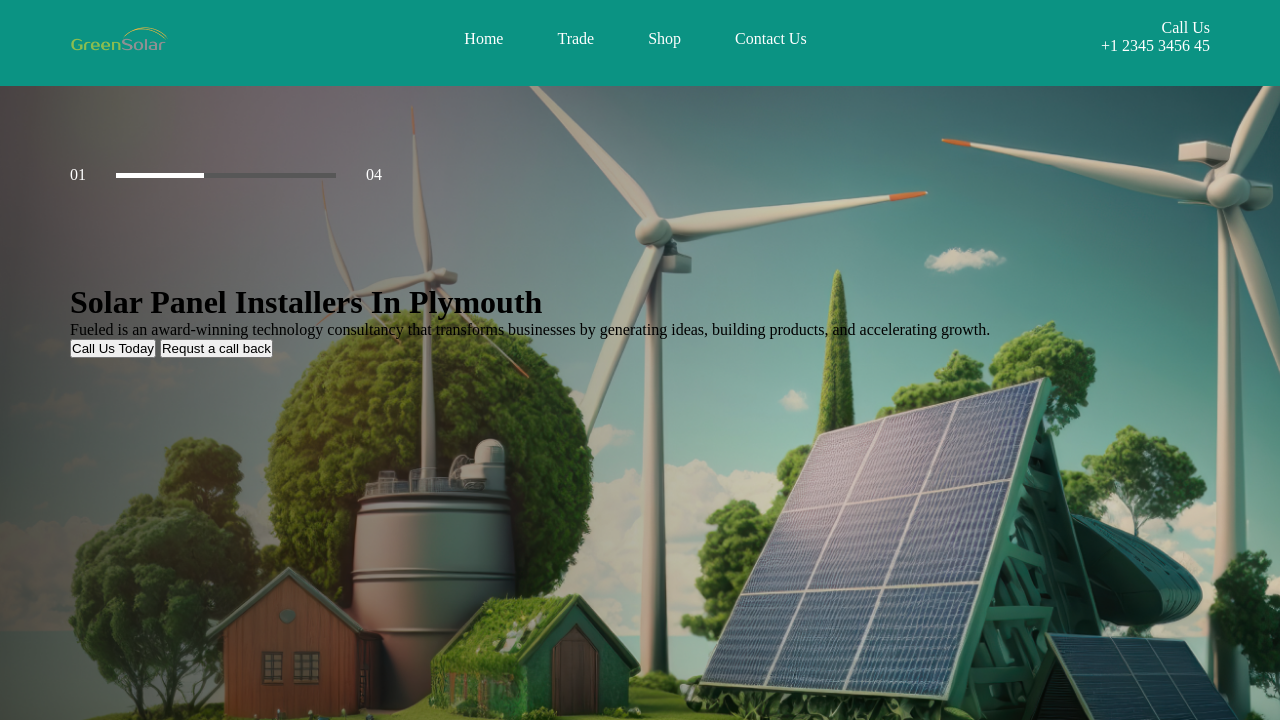
Repository: zeinawady/Solar-Company-Template
Page: index.html
The author's editor kept a copy of each file at every save. The page is drawn from the files as they stood at one save, then again after a run of saves.
The browser window is 1280 px wide. The pictures show the whole page.

Above is the page before, as saved 2024-09-17 17:11:06.

After the next 2 saves:
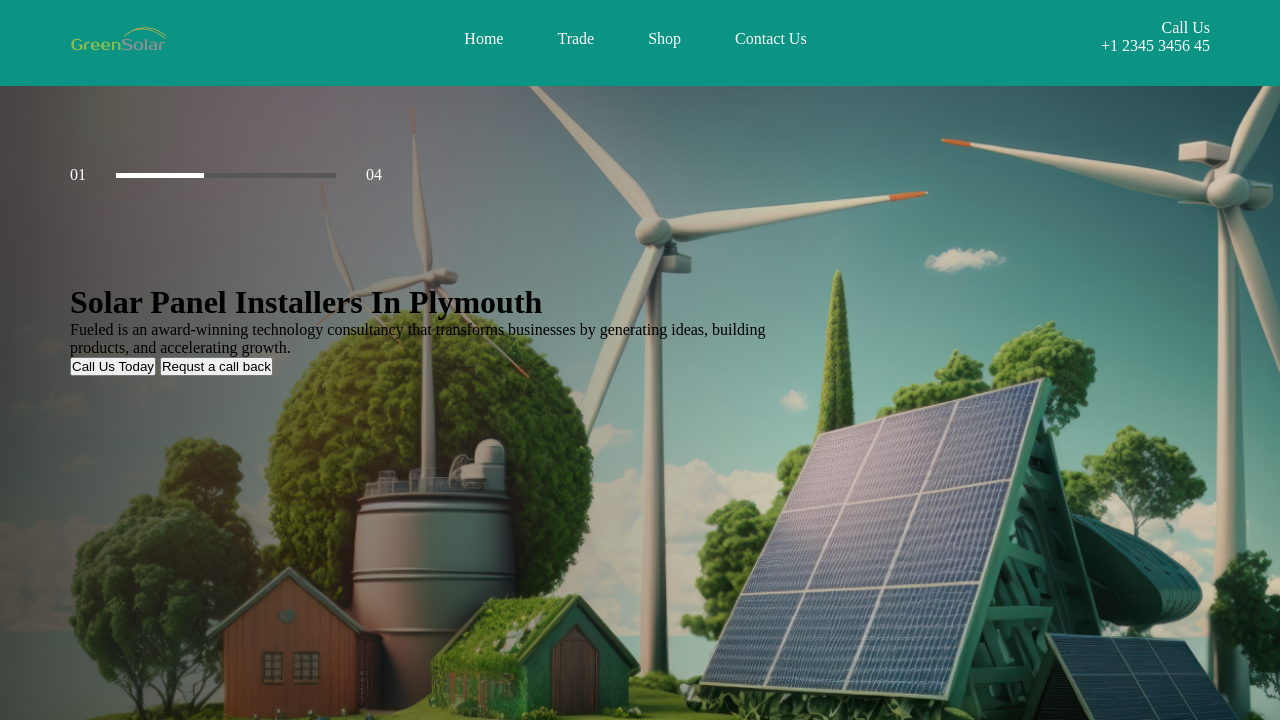
The 2 saves are shown as one change because they came seconds apart.
The last was saved 10 s later.
--- a/css/style.css
+++ b/css/style.css
@@ -149,6 +149,6 @@ progress::-webkit-progress-value {
 }
 
 .landing-text{
-
+    max-width: 729px;
 }
 /* end landing */
